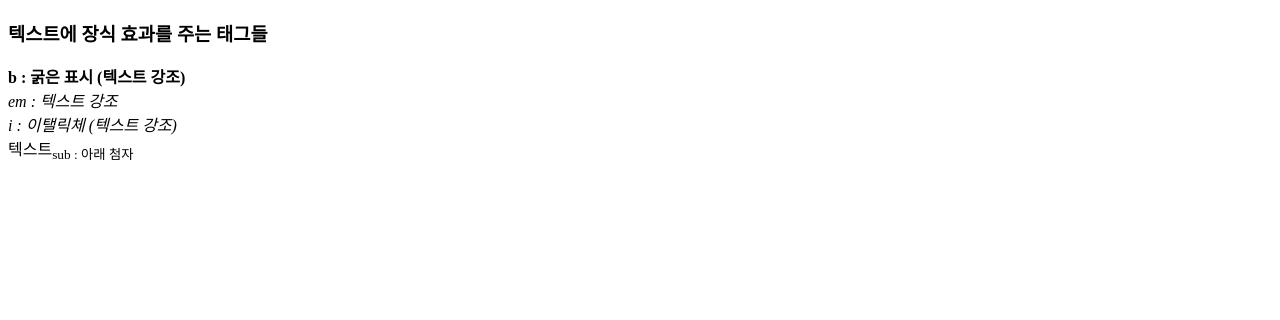
Repository: roditee/Frontend_ex
Page: HTML01/src/main/webapp/text.html
An editor plug-in stored every save of this project. The page is shown before and after the next save, followed by the edit.
The browser window is 1280 px wide. The pictures show the whole page.

Above is the page before, as saved 2021-12-02 02:50:45.

### HTML01/src/main/webapp/text.html
<!DOCTYPE html>
<html>
	<head>
		<meta charset="UTF-8">
		<title>텍스트 관련 태그</title>
	</head>
	<body>
		<h3>텍스트에 장식 효과를 주는 태그들</h3>
		<b>b : 굵은 표시 (텍스트 강조)</b><br>
		<em>em : 텍스트 강조</em><br>
		<i>i : 이탤릭체 (텍스트 강조)</i><br>
		텍스트<sub>sub : 아래 첨자</sub>
	</body>
</html>

After the next save:
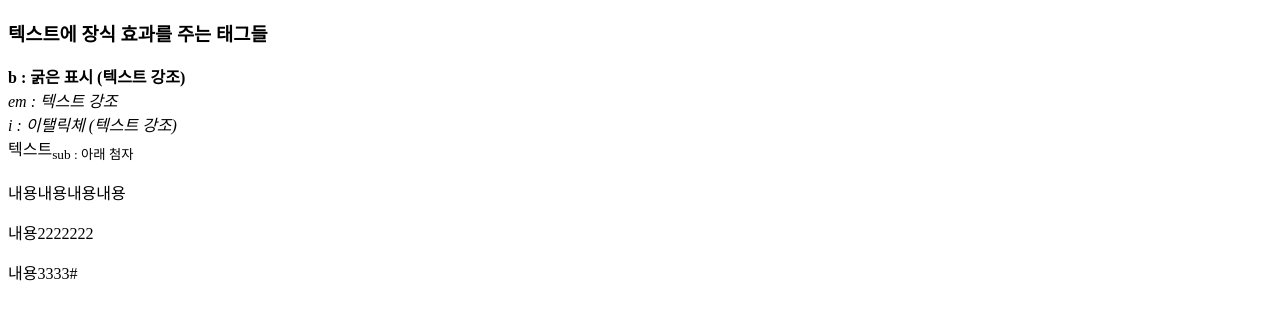
Saved 55 s later.
--- a/HTML01/src/main/webapp/text.html
+++ b/HTML01/src/main/webapp/text.html
@@ -10,5 +10,11 @@
 		<em>em : 텍스트 강조</em><br>
 		<i>i : 이탤릭체 (텍스트 강조)</i><br>
 		텍스트<sub>sub : 아래 첨자</sub>
+		<p>내용내용내용내용</p>
+		<p>내용2222222</p>
+		<p></p>
+		<p></p>
+		<p></p>
+		<p>내용3333#</p>
 	</body>
 </html>
